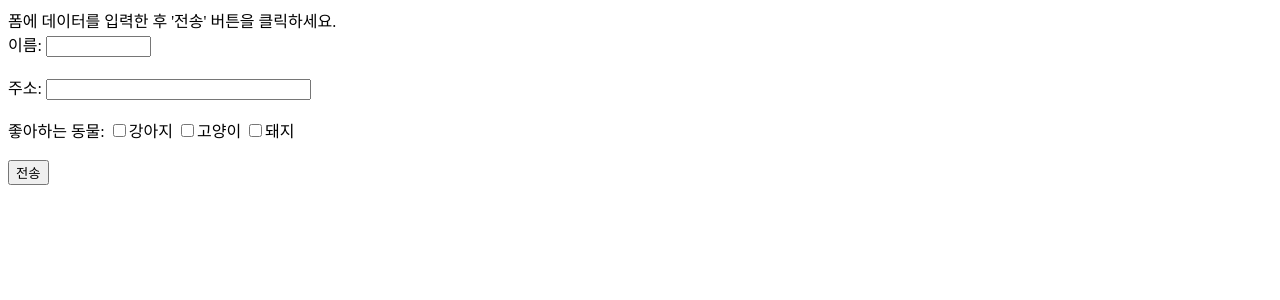
Repository: kwonminsung0/jspStudy
Page: http://localhost/jspStudy/implicit/reqex2.jsp
The author's editor kept a copy of each file at every save. The page is drawn from the files as they stood at one save, then again after the next save.
The browser window is 1280 px wide. The pictures show the whole page.
The page is served by Tomcat 9. Nobody is signed in. The application's start-up code is not run. Other server files are loaded and not shown.

Above is the page before, as saved 2024-12-09 06:21:59.

### jspStudy/src/main/webapp/implicit/reqex2.jsp
<%@ page contentType="text/html; charset=UTF-8"%>
<html>
<head>
<title>폼 생성</title>
</head>
<body>
	폼에 데이터를 입력한 후 '전송' 버튼을 클릭하세요.
	<form action="viewParameter.jsp" method="post">
		이름: <input type="text" name="name" size="10"> <br></br>
		주소: <input type="text" name="address" size="30"> <br></br>
		좋아하는 동물:
		<input type="checkbox" name="pet" value="dog">강아지
		<input type="checkbox" name="pet" value="cat">고양이
		<input type="checkbox" name="pet" value="pig">돼지 <br></br>
		<input type="submit" value="전송">
	</form>
</body>
</html>

After the next save:
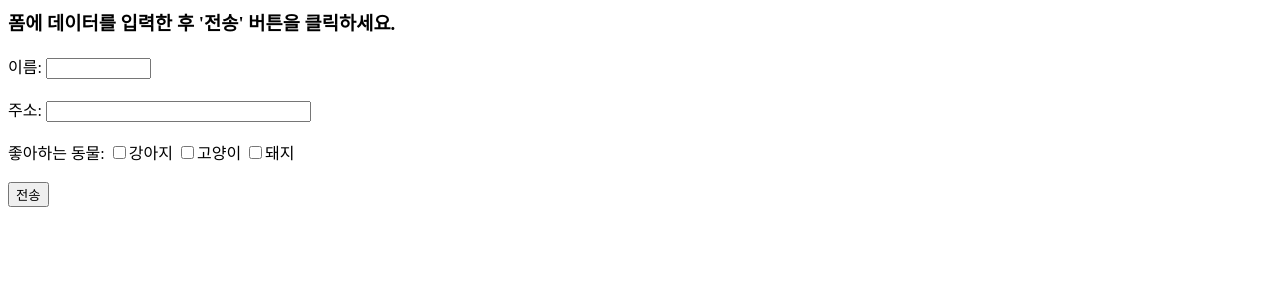
Saved 11 s later.
--- a/jspStudy/src/main/webapp/implicit/reqex2.jsp
+++ b/jspStudy/src/main/webapp/implicit/reqex2.jsp
@@ -4,7 +4,7 @@
 <title>폼 생성</title>
 </head>
 <body>
-	폼에 데이터를 입력한 후 '전송' 버튼을 클릭하세요.
+	<h3>폼에 데이터를 입력한 후 '전송' 버튼을 클릭하세요.</h3>
 	<form action="viewParameter.jsp" method="post">
 		이름: <input type="text" name="name" size="10"> <br></br>
 		주소: <input type="text" name="address" size="30"> <br></br>
